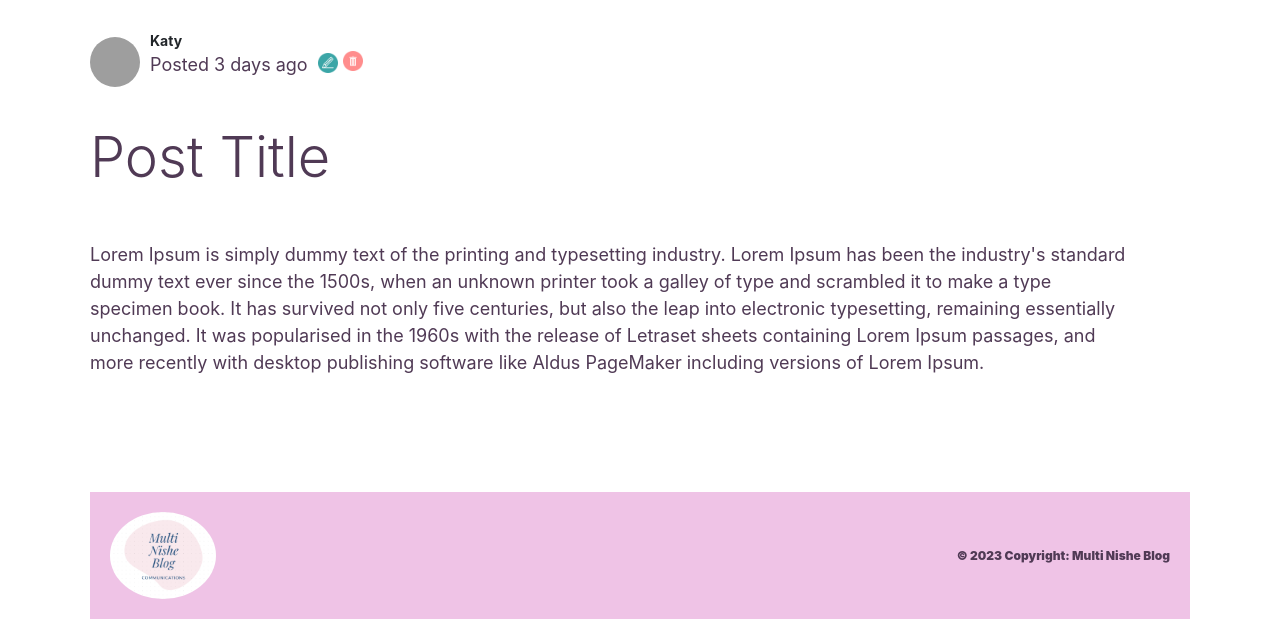
Repository: LolaSL/multi-niche-blog
Page: /post/1 (app in frontend/)
The author's editor kept a copy of each file at every save. The page is drawn from the files as they stood at one save, then again after the next save.
The browser window is 1280 px wide. The pictures show the part of the page from y = 439 to 1058 px (the page is 1058 px tall).
Pictures or frames that could not be fetched are drawn as grey boxes. The project was rebuilt for these pictures with package versions that can differ from the ones it lists, and the page was loaded fresh each time. Also part of the build but not shown: frontend/src/pages/Register.jsx, frontend/src/pages/Login.jsx, frontend/src/pages/CreatePost.jsx, frontend/src/pages/Home.jsx.

Above is the page before, as saved 2023-01-29 10:38:04.

### frontend/public/index.html
<!DOCTYPE html>
<html lang="en">
  <head>
    <meta charset="utf-8" />
    <link rel="icon" href="%PUBLIC_URL%/favicon.ico" />
    <meta name="viewport" content="width=device-width, initial-scale=1" />
    <meta name="theme-color" content="#000000" />
    <meta
      name="description"
      content="Web site created using create-react-app"
    />
    <link rel="apple-touch-icon" href="%PUBLIC_URL%/logo192.png" />
    <!--
      manifest.json provides metadata used when your web app is installed on a
      user's mobile device or desktop. See https://developers.google.com/web/fundamentals/web-app-manifest/
    -->
    <link rel="manifest" href="%PUBLIC_URL%/manifest.json" />
    <link rel="stylesheet" href="https://cdn.jsdelivr.net/npm/bootstrap@5.2.3/dist/css/bootstrap.min.css"
    integrity="sha384-rbsA2VBKQhggwzxH7pPCaAqO46MgnOM80zW1RWuH61DGLwZJEdK2Kadq2F9CUG65" crossorigin="anonymous" />
  <link rel="stylesheet" href="https://cdnjs.cloudflare.com/ajax/libs/font-awesome/6.2.1/css/all.min.css" />
    <!--
      Notice the use of %PUBLIC_URL% in the tags above.
      It will be replaced with the URL of the `public` folder during the build.
      Only files inside the `public` folder can be referenced from the HTML.

      Unlike "/favicon.ico" or "favicon.ico", "%PUBLIC_URL%/favicon.ico" will
      work correctly both with client-side routing and a non-root public URL.
      Learn how to configure a non-root public URL by running `npm run build`.
    -->
    <title>React App</title>
  </head>
  <body>
    <noscript>You need to enable JavaScript to run this app.</noscript>
    <div id="root"></div>
    <!--
      This HTML file is a template.
      If you open it directly in the browser, you will see an empty page.

      You can add webfonts, meta tags, or analytics to this file.
      The build step will place the bundled scripts into the <body> tag.

      To begin the development, run `npm start` or `yarn start`.
      To create a production bundle, use `npm run build` or `yarn build`.
    -->
  </body>
</html>

### frontend/src/index.css
body {
  margin: 0;
  font-family: -apple-system, BlinkMacSystemFont, "Segoe UI", "Roboto", "Oxygen",
    "Ubuntu", "Cantarell", "Fira Sans", "Droid Sans", "Helvetica Neue",
    sans-serif;
  -webkit-font-smoothing: antialiased;
  -moz-osx-font-smoothing: grayscale;
}

code {
  font-family: source-code-pro, Menlo, Monaco, Consolas, "Courier New",
    monospace;
}
.app {
  display: flex;
}
.link {
  text-decoration: none;
  color: inherit;
}
.container {
  width: 1124px;
}
/* Login & Registration */

h1 {
  font-size: 20px;
  color: hsl(331, 71%, 80%);
  margin-bottom: 20px;
}
.small-container {
  max-width: 600px;
}
.btn {
 background-color: white;
  font-weight: bold;
  color:  hsl(289, 19%, 28%);
  border: 1px solid hsl(289, 19%, 28%);
}
.btn:hover {
   background-color: hsl(289, 19%, 28%);
  font-weight: bold;
}

/* Navbar */
.logo-image {
  background-color: rgb(237, 203, 233);
  width: 40%;
  height: 40%;
  border-radius: 50%;
}
h6 {
  font-size: 16px;
  font-weight: 300;
  margin: 10px;
  color: hsl(205, 100%, 17%);
}
.navbar {
  padding: 10px 0;
  justify-content: space-between;
  width: 1124px;
}

.links {
  display: flex flex;
  align-items: center;
  gap: 15px;
}
.create {
  background-color:  hsl(312, 58%, 85%);
  width: 60px;
  height: 60px;
  border-radius: 50%;
  display: flex;
  align-items: center;
  justify-content: center;
  font-weight: 600;
  border: 1px solid white;
  color: hsl(289, 19%, 28%);
}
.create:hover {
  color: white;
  background-color: hsl(289, 19%, 28%);
  border: 1px solid hsl(264, 25%, 63%);
  font-weight: 600;
}
/* Footer */
footer {
  margin-top: 100px;
  padding: 20px;
  background-color: hsl(312, 58%, 85%);
  display: flex;
  align-items: center;
  justify-content: space-between;
  font-size: 12px;
  color: hsl(289, 19%, 28%);
}
.footer-image {
  background-color: hsl(312, 58%, 85%);
  width: 10%;
  height: 10%;
  border-radius: 50%;
}

/* Home */
.posts {
  margin-top: 50px;
  display: flex;
  flex-direction: column;
  gap: 150px;
}
.post {
  display: flex;
  gap: 100px;
}
.post:nth-child(2n + 1) {
  flex-direction: row-reverse;
}

.post-image {
  flex: 2;
  position: relative;

}
.post-image::after {
  content: "";
  width: 100%;
  height: 100%;
  background-color: hsl(331, 71%, 80%);
  position: absolute;
  top: 20px;
  left: -20px;
  z-index: -1;
}

img {
  width: 100%;
  max-height: 400px;
  object-fit: cover;
}
.content {
  flex: 3;
  display: flex;
  flex-direction: column;
  justify-content: space-between;
}
h1 {
  font-size: 48px;
  color:hsl(289, 19%, 28%);
}

p {
  font-size: 18px;
  color:hsl(289, 19%, 28%);
}

button {
  width: max-content;
  padding: 10px 20px;
  border: none;
  cursor: pointer;
}
/* Post */
.single-post{
  display: flex;
  gap: 50px;

}

.content {
  flex: 5;
  display: flex;
  flex-direction: column;
  gap: 30px;
}

.user {
  display: flex;
  align-items: center;
  gap: 10px;
  font-size: 14px;
}

.user-image{
  width: 50px;
  height: 50px;
  border-radius: 50%;
  object-fit: cover;
}

.content-image {
  width: 100%;
  height: 300px;
  object-fit: cover;
}
span {
  font-weight: bold;
}

.edit {
  display: flex;
  gap: 5px;
}

.logo-buttons{
  width: 20px;
  height: 20px;
  cursor: pointer;
}

### frontend/src/App.js
import React from "react";
import { createBrowserRouter, RouterProvider, Outlet } from "react-router-dom";
import Register from './pages/Register';
import Login from './pages/Login';
import Post from './pages/Post';
import CreatePost from './pages/CreatePost';
import Home from './pages/Home';
import Navbars from "./components/Navbars";
import Footer from "./components/Footer";
import Container from "react-bootstrap/Container";

const Layout = () => {
  return(
    <>
    <Navbars />
    <Outlet/>
    <Footer />
    </>
  )
}
const router = createBrowserRouter([
  {
    path: "/", element: <Layout />,
    children: [
      { path: "/", element: <Home /> },
      { path: "/post/:id", element: <Post /> },
      { path: "/createpost", element: <CreatePost /> },
    ]

  },
  { path: "/register", element: <Register /> },
  { path: "/login", element: <Login /> },
]);

function App() {
  return (
    <div className="App">
      <Container className="container">
             <RouterProvider router={router}></RouterProvider>
</Container>


    </div>
  );
}




export default App;

### frontend/src/pages/Post.jsx
import React from 'react';
import Edit from "../img/edit.png";
import Delete from "../img/delete.png";
import { Link } from "react-router-dom";


const Post = () => {


  return(
<div className="single-post">
      <div className="content">
        <img src="https://images.pexels.com/photos/7008010/pexels-photo-7008010.jpeg?auto=compress&cs=tinysrgb&w=1260&h=750&dpr=2" alt="" className="content-image" />
        <div className="user">
          <img
            src="https://images.unsplash.com/photo-1494790108377-be9c29b29330?ixlib=rb-4.0.3&ixid=MnwxMjA3fDB8MHxzZWFyY2h8NXx8dXNlcnxlbnwwfHwwfHw%3D&w=1000&q=80"
            alt=""
            className="user-image"
          />
          <div className="info">
            <span>Katy</span>
            <p>Posted 3 days ago</p>
          </div>

            <div className="edit">
              <Link to={`/write?edit=2`} >
                <img src={Edit} alt="" className="logo-buttons"/>
              </Link>
              <img  src={Delete} alt="Delete" className="logo-buttons"/>
            </div>

        </div>
        <h1 className="post-title display-4">Post Title</h1>
           <p>Lorem Ipsum is simply dummy text of the printing and typesetting industry. Lorem Ipsum has been the industry's standard dummy text ever since the 1500s, when an unknown printer took a galley of type and scrambled it to make a type specimen book. It has survived not only five centuries, but also the leap into electronic typesetting, remaining essentially unchanged. It was popularised in the 1960s with the release of Letraset sheets containing Lorem Ipsum passages, and more recently with desktop publishing software like Aldus PageMaker including versions of Lorem Ipsum.</p>
      </div>
      <div className="menu">m</div>
    </div>
  );
};

export default Post;

### frontend/src/components/Navbars.jsx
import React from "react"; // { useContext }
import { Link } from "react-router-dom";
// import { AuthContext } from "../context/authContext";
import Logo from "../img/logo.PNG";
import Container from "react-bootstrap/Container";
// import Nav from "react-bootstrap/Nav";
import Navbar from "react-bootstrap/Navbar";

const Navbars = () => {
  //   const { currentUser, logout } = useContext(AuthContext);

  return (
    <Navbar className="navbar nav" expand="lg">
      <Container className="container">
        <Navbar.Brand className="logo">
          <Link to="/">
            <img src={Logo} alt="Logo" className="logo-image" />
          </Link>
        </Navbar.Brand>
        <Navbar.Toggle aria-controls="basic-navbar-nav mb-4" />
        <Navbar.Collapse id="basic-navbar-nav" className="links me-auto w-100">
            <div>
              <Link className="link" to="/?cat=art">
                <h6>ART</h6>
              </Link>
            </div>
            <div>
              <Link className="link" to="/?cat=science">
                <h6>SCIENCE</h6>
              </Link>
            </div>
            <div>
              <Link className="link" to="/?cat=technology">
                <h6>MUSIC</h6>
              </Link>
            </div>
            <div>
              <Link className="link" to="/?cat=cinema">
                <h6>CINEMA</h6>
              </Link>
            </div>
            <div>
              <Link className="link" to="/?cat=design">
                <h6>DESIGN</h6>
              </Link>
            </div>
            <div>
              <Link className="link" to="/?cat=food">
                <h6>FOOD</h6>
              </Link>
            </div>
            {/* <span>{currentUser?.username}</span>
          {currentUser ? (
            <span onClick={logout}>Logout</span>
          ) : ( */}
            <div>
              <Link className="link" to="/login">
                Login
              </Link>
            </div>
            {/* )} */}
            <span className="create mt-2">
              <div>
                <Link className="link" to="/createpost">
                  Create
                </Link>
              </div>
            </span>
        </Navbar.Collapse>
      </Container>
    </Navbar>
  );
};

export default Navbars;

### frontend/src/components/Footer.jsx
import React from "react";
import Logo from "../img/logo.PNG";

const Footer = () => {
  return (
    <footer>
      <img src={Logo} alt="Footet"  className="footer-image"/>
      <span>
        <b>&copy; {new Date().getFullYear()} Copyright: Multi Nishe Blog</b>
      </span>
    </footer>
  );
};

export default Footer;

Loaded but not shown: frontend/src/index.js (common file); frontend/src/reportWebVitals.js (common file)

After the next save:
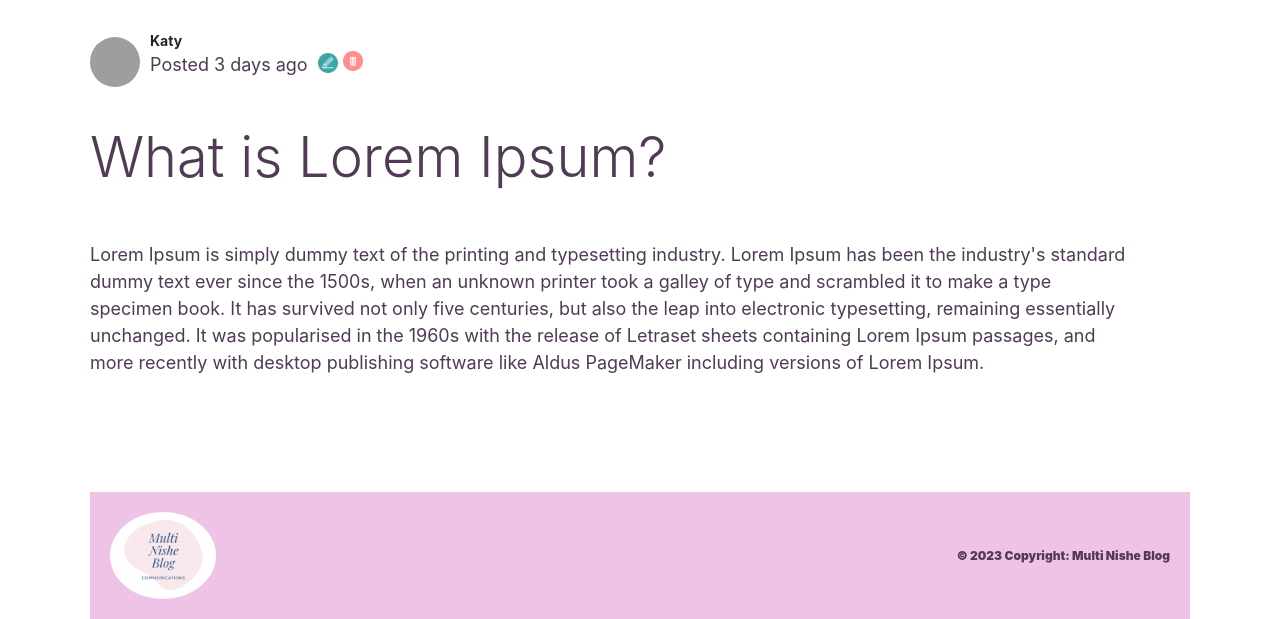
Saved 22 s later.
--- a/frontend/src/pages/Post.jsx
+++ b/frontend/src/pages/Post.jsx
@@ -30,7 +30,7 @@ const Post = () => {
             </div>
 
         </div>
-        <h1 className="post-title display-4">Post Title</h1>
+        <h1 className="post-title display-4">What is Lorem Ipsum?</h1>
            <p>Lorem Ipsum is simply dummy text of the printing and typesetting industry. Lorem Ipsum has been the industry's standard dummy text ever since the 1500s, when an unknown printer took a galley of type and scrambled it to make a type specimen book. It has survived not only five centuries, but also the leap into electronic typesetting, remaining essentially unchanged. It was popularised in the 1960s with the release of Letraset sheets containing Lorem Ipsum passages, and more recently with desktop publishing software like Aldus PageMaker including versions of Lorem Ipsum.</p>
       </div>
       <div className="menu">m</div>
